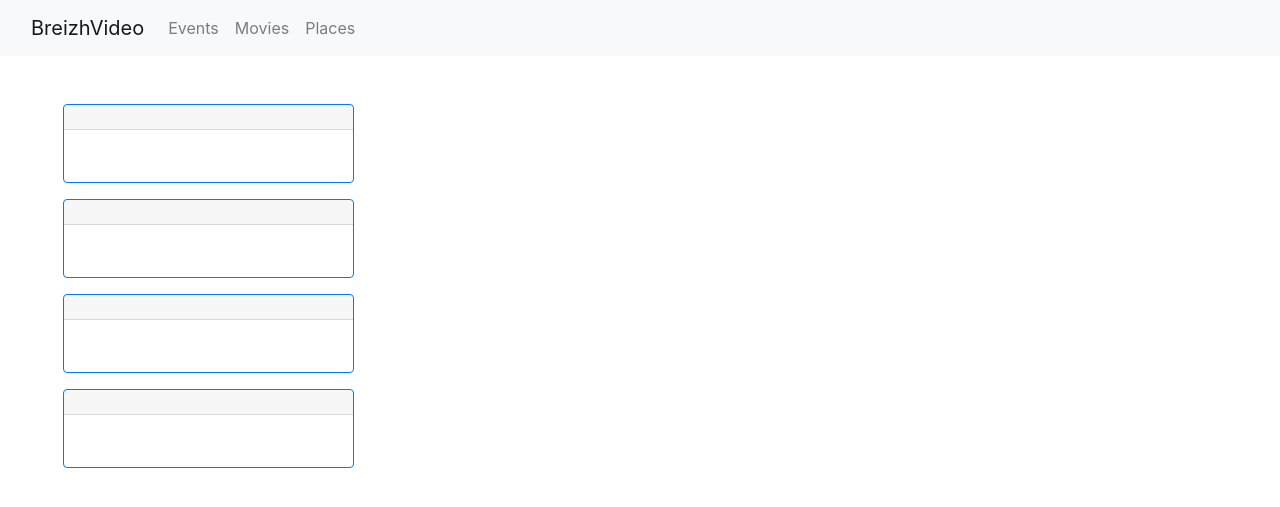
Repository: romgrm/Hackaton_BreizhVideo_FRONT
Page: /Movies
These files come from the project's save history. The page is drawn as it stood at one moment and after the next save; the edit follows.
The browser window is 1280 px wide. The pictures show the whole page.
The page's requests for data from a server got no answer. Some web libraries are served in a nearby version. The project was rebuilt for these pictures with package versions that can differ from the ones it lists, and the page was loaded fresh each time. No one was signed in, and anything a server would have sent is missing. Also part of the build but not shown: src/Components/Events.js, src/Components/Village.js.

Above is the page before, as saved 2020-12-21 20:19:37.

### public/index.html
<!DOCTYPE html>
<html lang="en">
  <head>
    <meta charset="utf-8" />
    <link rel="icon" href="%PUBLIC_URL%/favicon.ico" />
    <meta name="viewport" content="width=device-width, initial-scale=1" />
    <meta name="theme-color" content="#000000" />
    <meta
      name="description"
      content="Web site created using create-react-app"
    />
    <link rel="apple-touch-icon" href="%PUBLIC_URL%/logo192.png" />

    <link rel="manifest" href="%PUBLIC_URL%/manifest.json" />

    <title>React App</title>
  </head>
  <body>
    <noscript>You need to enable JavaScript to run this app.</noscript>
    <div id="root"></div>
    <script src="https://kit.fontawesome.com/f66925acc9.js" crossorigin="anonymous"></script>
  </body>
</html>

### src/index.js
import React from 'react';
import ReactDOM from 'react-dom';
import App from './App';
import {BrowserRouter} from 'react-router-dom'


ReactDOM.render(
  <BrowserRouter>
    <App />
  </BrowserRouter>,
  document.getElementById('root')
);

### src/App.js
import bootstrap from '../node_modules/bootstrap/dist/css/bootstrap.min.css'
import Header from './Components/Header'
import {Switch, Route} from 'react-router-dom'
import Films from './Components/Films'
import Events from './Components/Events';
import Village from './Components/Village';


function App() {
  return (
    <>
    <Header />
    <Switch>
      <Route path="/Events" component={Events} />
      <Route path="/Movies" component={Films} />
      <Route path="/Places" component={Village} />
      <Route path="/" />
    </Switch>
    </>
  );
}

export default App;

### src/Components/Header.js
import React from 'react'
import {Link} from 'react-router-dom'

export default function Header() {
    return (
        <nav className="navbar navbar-expand-lg navbar-light bg-light">
  <div className="container-fluid">
    <Link className="navbar-brand" to="/">BreizhVideo</Link>
    <button className="navbar-toggler" type="button" data-bs-toggle="collapse" data-bs-target="#navbarNav" aria-controls="navbarNav" aria-expanded="false" aria-label="Toggle navigation">
      <span className="navbar-toggler-icon"></span>
    </button>
    <div className="collapse navbar-collapse" id="navbarNav">
      <ul className="navbar-nav">
        <li className="nav-item">
          <Link className="nav-link" to="/Events">Events</Link>
        </li>
        <li className="nav-item">
          <Link className="nav-link" to="/Movies">Movies</Link>
        </li>
        <li className="nav-item">
          <Link className="nav-link" to="/Places">Places</Link>
        </li>
      </ul>
    </div>
  </div>
</nav>
    )
}

### src/Components/Films.js
import React, { useState, useEffect } from 'react'
import axios from 'axios'

export default function Films() {

    const [film, setFilm] = useState([]);
    const [display, setDisplay] = useState(false)

    useEffect(() => {

        async function fetchData() {

            const url1 = await axios('http://localhost:8080/Film');
            setFilm(url1.data)
            console.log(film)
            // const url2 = await axios('http://localhost:9090/Agence/' + id);
            // setDataAgence(url2.data)
        }

        fetchData();
    }, []);

    // function showFilm(display){
    //     if(display === false){
    //         setDisplay(display = !display)
    //     }
    //     console.log(display)
    // }


    return (
        <div className="container-fluid mx-auto ">
            {/* <button onClick={showFilm()}>test</button> */}
            <div className="row col-4 text-center mt-5">
                <div className=" card border-primary mb-3 mx-5" style={{ width: 350 }}>
                    <div className="card-header">{film.map((current) => (
                        current.title
                    ))}</div>
                    <div className="card-body text-primary">
                        <p className="card-title">{film.map((current, id) => (
                            current.releaseYear
                        ))}</p>
                        <p className="card-text">{film.map((current) => (
                            current.description
                        ))}</p>
                    </div>
                </div>
                <div className="card border-primary mb-3 mx-5" style={{ width: 350 }}>
                    <div className="card-header">{film.map((current) => (
                        current.title
                    ))}</div>
                    <div className="card-body text-primary">
                        <p className="card-title">{film.map((current, index) => (
                            current.releaseYear
                        ))}</p>
                        <p className="card-text">{film.map((current) => (
                            current.description
                        ))}</p>
                    </div>
                </div>
                <div className="card border-primary mb-3 mx-5" style={{ width: 350 }}>
                    <div className="card-header">{film.map((current) => (
                        current.title
                    ))}</div>
                    <div className="card-body text-primary">
                        <p className="card-title">{film.map((current, index) => (
                            current.releaseYear
                        ))}</p>
                        <p className="card-text">{film.map((current) => (
                            current.description
                        ))}</p>
                    </div>
                </div>
                <div className="card border-primary mb-3 mx-5" style={{ width: 350 }}>
                    <div className="card-header">{film.map((current) => (
                        current.title
                    ))}</div>
                    <div className="card-body text-primary">
                        <p className="card-title">{film.map((current, index) => (
                            current.releaseYear
                        ))}</p>
                        <p className="card-text">{film.map((current) => (
                            current.description
                        ))}</p>
                    </div>
                </div>
            </div>
        </div>
    )
}

After the next save:
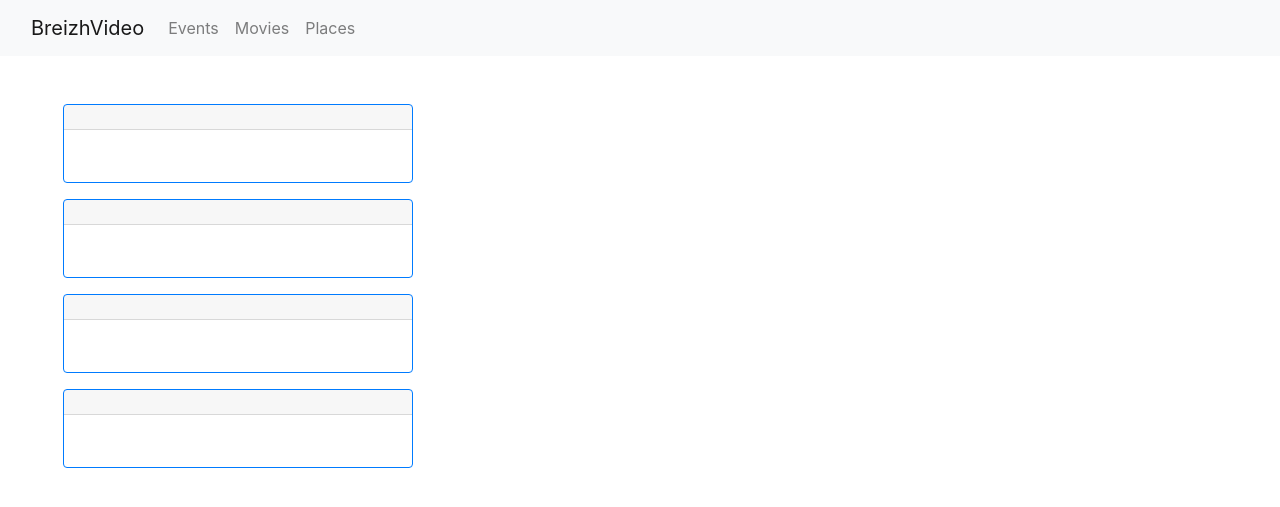
Saved 10 s later.
--- a/src/Components/Films.js
+++ b/src/Components/Films.js
@@ -31,7 +31,7 @@
     return (
         <div className="container-fluid mx-auto ">
             {/* <button onClick={showFilm()}>test</button> */}
-            <div className="row col-4 text-center mt-5">
+            <div className="row col-6 text-center mt-5">
                 <div className=" card border-primary mb-3 mx-5" style={{ width: 350 }}>
                     <div className="card-header">{film.map((current) => (
                         current.title

After the save that followed:
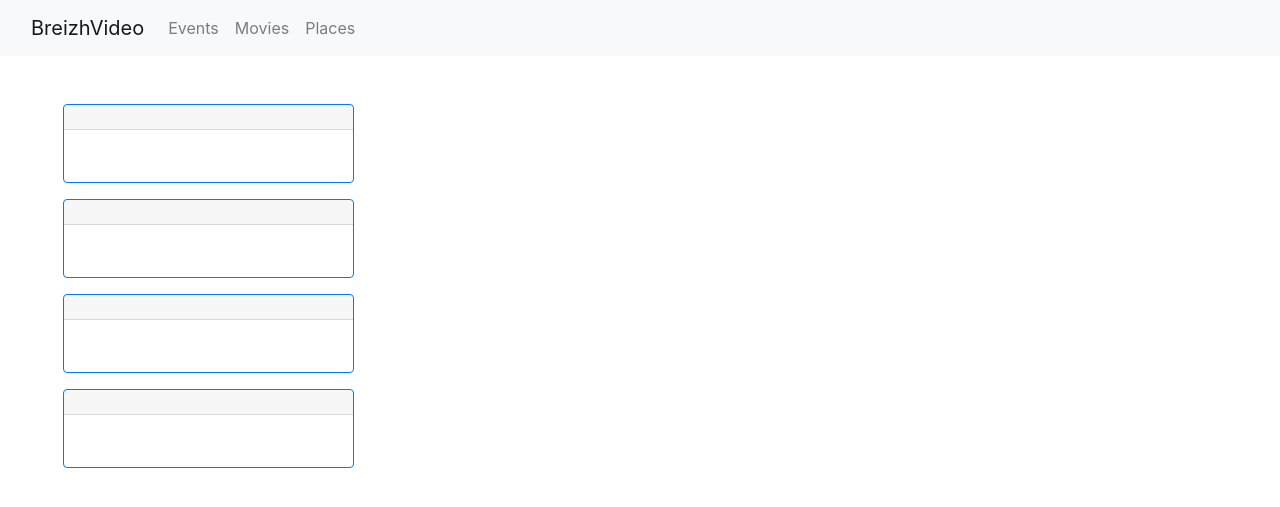
Saved 6 s later.
--- a/src/Components/Films.js
+++ b/src/Components/Films.js
@@ -31,7 +31,7 @@
     return (
         <div className="container-fluid mx-auto ">
             {/* <button onClick={showFilm()}>test</button> */}
-            <div className="row col-6 text-center mt-5">
+            <div className="row col-4 text-center mt-5">
                 <div className=" card border-primary mb-3 mx-5" style={{ width: 350 }}>
                     <div className="card-header">{film.map((current) => (
                         current.title
